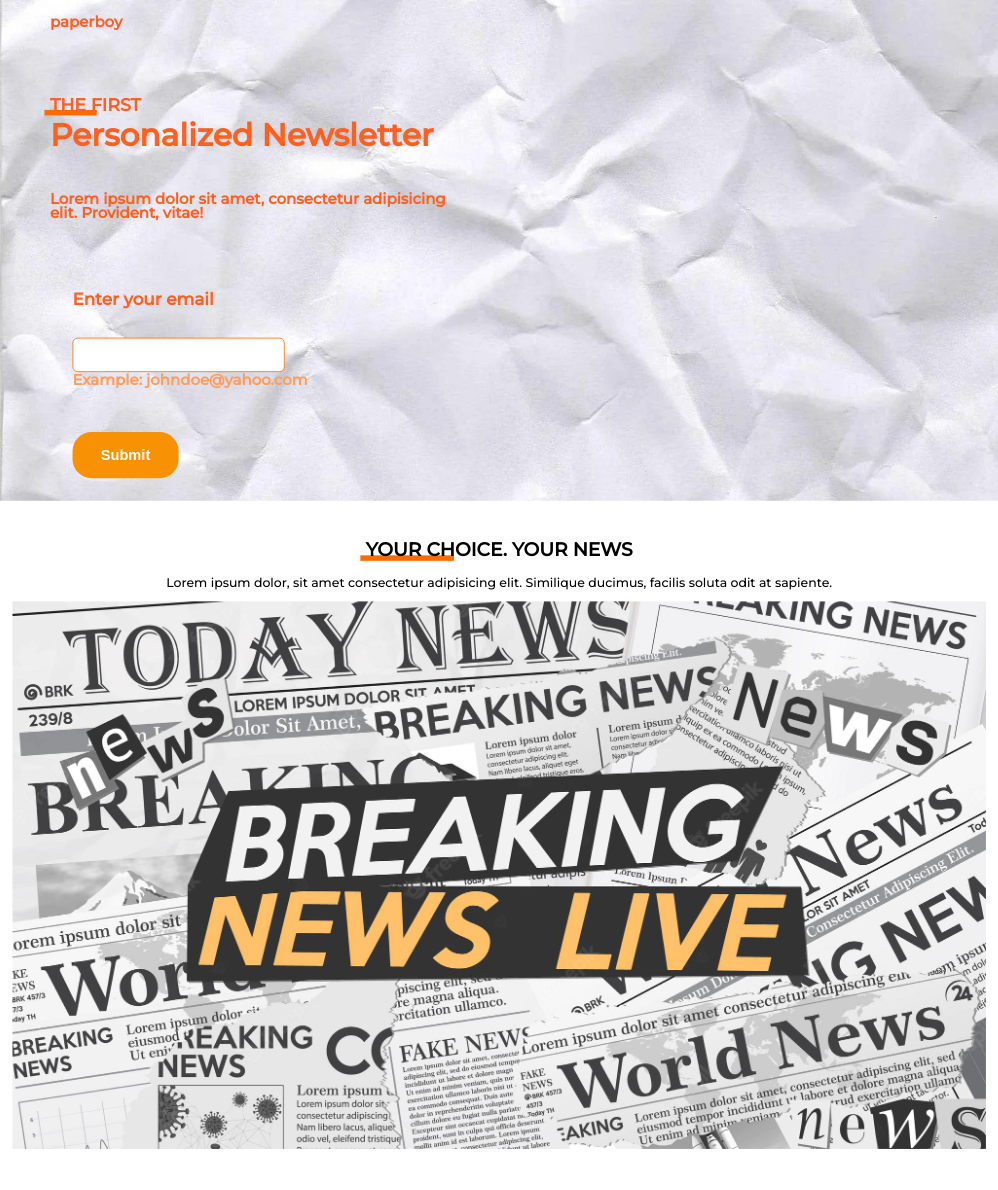
Repository: Gionnn/proiecte
Page: index.html
The author's editor kept a copy of each file at every save. The page is drawn from the files as they stood at one save, then again after the next save.
The browser window is 1280 px wide. The pictures show the whole page, at 78% of full size.

Above is the page before, as saved 2022-11-28 12:27:04.

After the next save:
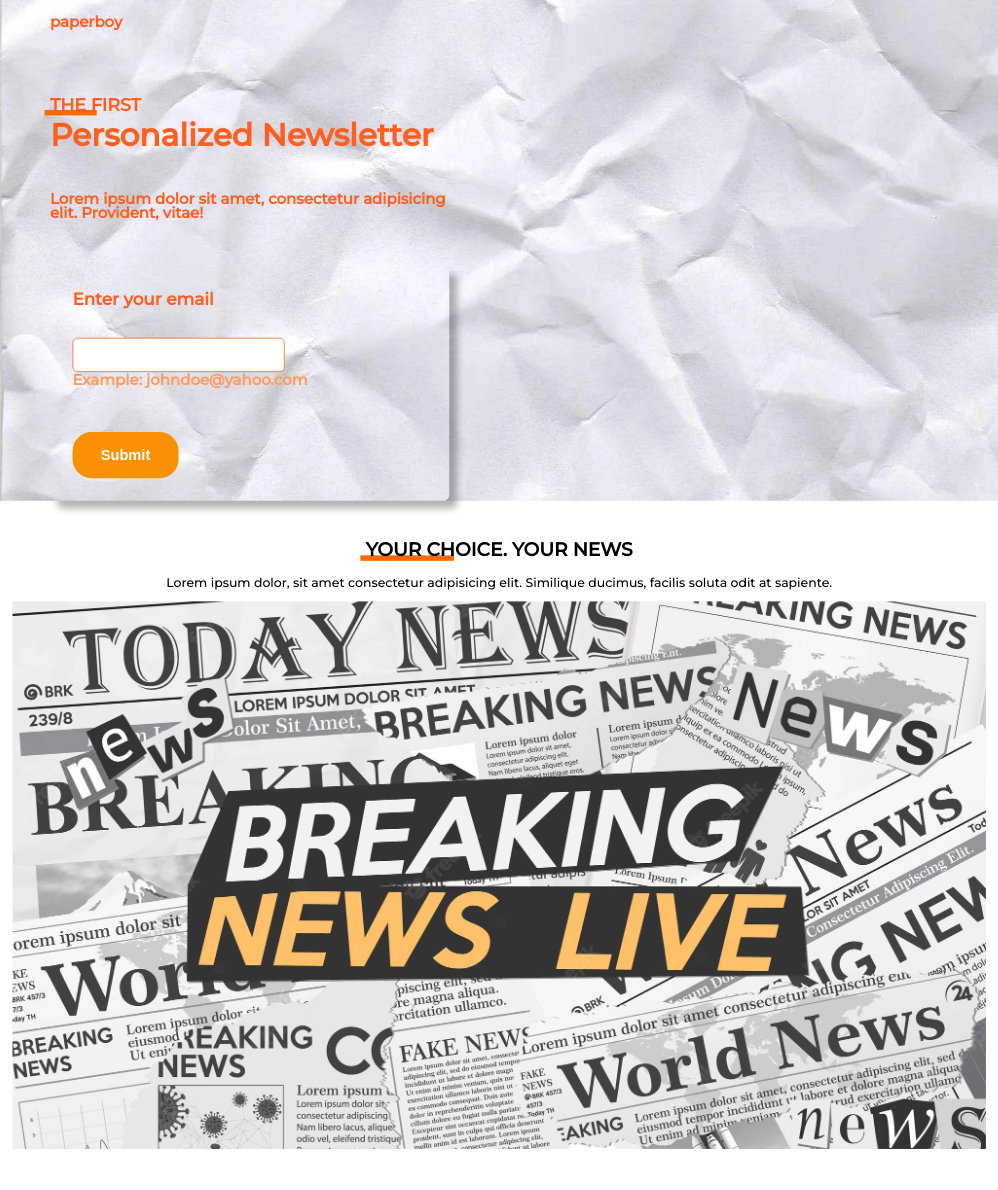
Saved 79 s later.
--- a/css/main.css
+++ b/css/main.css
@@ -150,5 +150,6 @@ p {
     margin: 2em 0 0;
     padding: 2em;
     border-radius: 0.5em;
+    box-shadow: 10px 10px 10px rgba(0, 0, 0, 0.3);
   }
 }
